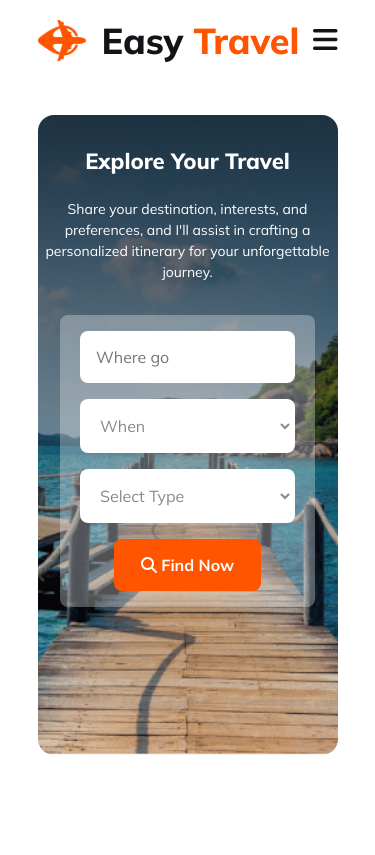
Repository: ShouravAhammed/Assignment-2
Page: index.html
These files come from the project's save history. The page is drawn as it stood at one moment and after the next save; the edit follows.
The browser window is 375 px wide. The pictures show the whole page.
Some web libraries are served in a nearby version.

Above is the page before, as saved 2024-01-16 04:11:52.

### index.html
<!DOCTYPE html>
<html lang="en">
<head>
    <meta charset="UTF-8">
    <meta name="viewport" content="width=device-width, initial-scale=1.0">
    <!-- website title -->
    <title>Easy Travel</title>
    <!-- linked font awesome -->
    <script src="https://kit.fontawesome.com/0d98d502eb.js" crossorigin="anonymous"></script>
    <!-- linked favicon -->
    <link rel="shortcut icon" href="Images/Group 40071 (2).png" type="image/x-icon">
    <!-- linked css -->
    <link rel="stylesheet" href="styles/style.css">
</head>
<body>
    <!-- header part start -->
    <header id="header">
        <div class="container">
            <nav class="navigation">
                    <a class="website-name" href="">
                        <img src="Images/Group 40071 (2).png" alt="">
                        <h3 class="web-text">Easy <span class="web-text-color">Travel</span></h3>
                    </a>
                    <input type="checkbox" id="check">
                    <label for="check" class="checkbtn"><i class="fa-solid fa-bars"></i></label>
                    <ul class="nav">
                        <li><a class="active" href="">Home</a></li>
                        <li><a href="">Packages</a></li>
                        <li><a href="">Testimonial</a></li>
                        <li><a href="">Blog</a></li>
                        <li><a href="">Contact</a></li>
                    </ul>
                </nav>

                <section id="banner">
                    <div class="banner-container">
                        <div class="banner-text">
                            <h2 class="banner-title">Explore Your Travel</h2>
                        <p class="banner-description">Share your destination, interests, and preferences, and I'll assist in crafting a personalized itinerary for your unforgettable journey.</p>
                        </div>
                        <form class="banner-form" action="">
                            <input type="text" placeholder="Where go">
                            <select name="" id="">
                                <option value="">When</option>
                                <option value="">Maldives</option>
                                <option value="">Nepal</option>
                                <option value="">Singapur</option>
                                <option value="">Thailand</option>
                            </select>
                            <select name="" id="">
                                <option value="">Select Type</option>
                                <option value="">Maldives</option>
                                <option value="">Nepal</option>
                                <option value="">Singapur</option>
                                <option value="">Thailand</option>
                            </select>
                            <button class="primary-btn"><i class="fa-solid fa-magnifying-glass"></i> Find Now</button>
                        </form>
                    </div>
                </section>
        </div>
    </header>
    <!-- header part end -->
    <!-- main part start -->
    <main>
        <section id="tour">
            <div class="container">
                <div class="tour-container">

                </div>
            </div>
        </section>
    </main>
    <!-- main part end -->
    <!-- footer part start -->
    <footer>

    </footer>
    <!-- footer part end -->
</body>
</html>

### styles/style.css
/* Import Fonts From Google Fonts */
@import url('https://fonts.googleapis.com/css2?family=Mulish:ital,wght@0,200;0,300;0,400;0,500;0,600;0,700;0,800;0,900;0,1000;1,200;1,300;1,400;1,500;1,600;1,700;1,800;1,900;1,1000&display=swap');@import url('https://fonts.googleapis.com/css2?family=Mulish:ital,wght@0,200;0,300;0,400;0,500;0,600;0,700;0,800;0,900;0,1000;1,200;1,300;1,400;1,500;1,600;1,700;1,800;1,900;1,1000&display=swap');

/* color clearance */
:root{
    --primary-color: #FF5400;
    --secondary-color: #131318;
    --third-color: #fff;
}

/* all default size off */
*{
    margin: 0;
    padding: 0;
    outline: 0;
    box-sizing: border-box;
}
/* container display measuring size*/
.container{
    width: 80%;
    margin: 0 auto;
}

/* navigation css style */
.navigation{
    display: flex;
    align-items: center;
    justify-content: space-between;
    margin: 52px 0;
}
.website-name{
    display: flex;
    align-items: center;
    gap: 16px;
    text-decoration: none;
}
.website-name img{
    width: 48px;
}
.website-name .web-text{
    color: var(--secondary-color);
    font-family: Mulish;
    font-size: 2.25rem;
    font-weight: 800;
}
.website-name .web-text-color{
    color: var(--primary-color);
}


.checkbtn{
    font-size: 1.75rem;
    color: #131318;
    display: none;
}
#check{
    display: none;
}



.navigation > .nav{
    display: flex;
    align-items: center;
    gap: 44px;
}
.nav > li{
    list-style: none;
}
.nav > li a{
    color: #424247;
    font-family: Mulish;
    font-size: 1.125rem;;
    font-weight: 400;
    text-decoration: none;
    transition: all ease 0.3s;
}
.nav > li a.active, .nav > li a:hover{
    color: var(--primary-color);
}

#banner{
    background-image: linear-gradient(180deg, rgba(19, 19, 24, 0.80) 0%, rgba(19, 19, 24, 0.00) 100%), url(../Images/Group13.png);
    background-position: center;
    background-size: cover;
    background-repeat: no-repeat;
    height: 80vh;
    border-radius: 16px;
}
.banner-text{
    padding-top: 106px;
    width: 676px;
    margin: 0 auto 48px auto;
    text-align: center;
}
.banner-text .banner-title{
    color: #FFF;
    font-family: Mulish;
    font-size: 4rem;
    font-weight: 800;
}
.banner-text .banner-description{
    color: #FFF;
    font-family: Mulish;
    font-size: 1rem;
    font-weight: 400;
    line-height: 26px;
    margin-top: 24px;
}
.banner-form{
    border-radius: 8px;
    background: rgba(255, 255, 255, 0.30);
    width: 816px;
    padding: 16px 0px;
    margin: 0 auto;
    text-align: center;
    display: flex;
    align-items: center;
    justify-content: space-evenly;
}
.banner-form input, .banner-form select{
    color: rgba(19, 19, 24, 0.50);
    border-radius: 8px;
    background: #FFF;
    font-family: Mulish;
    font-size: 1rem;
    font-weight: 400;
    padding: 14px;
    border: 2px solid transparent;
    transition: all ease 0.5s;
    width: 200px;
}
.banner-form input:hover{
    border: 2px solid var(--primary-color);
}
.banner-form select:hover{
    border: 2px solid var(--primary-color);
}
.primary-btn{
    color: #FFF;
    font-family: Mulish;
    font-size: 16px;
    font-weight: 700;
    border-radius: 8px;
    background: #FF5400;
    border: none;
    padding: 14px 25px;
    border:  2px solid transparent;
    transition: all ease 0.5s;
}
.primary-btn:hover{
    border: 2px solid var(--primary-color);
    background: #fff;
    color: var(--primary-color);
}



/* tour section css style */
#tour{
    margin: 100px 0;
}













@media only screen and (max-width: 576px){
    /* navigation part css style */
    .navigation{
        margin-top: 18px;
    }
    .checkbtn{
        display: block;
    }
    .navigation > .nav{
        flex-direction: column;
        gap: 20px;
        padding-top: 30px;
        position: fixed;
        width: 100%;
        height: 50vh;
        background: #fff;
        top: 80px;
        left: -100%;
        text-align: center;
        transition: all ease 0.3s;
    }
    #check{
        display: none;
    }
    #check:checked ~ ul{
        left: 0;
    }

    /* banner section css style */
    .banner-text {
        padding-top: 32px;
        width: 100%;
        margin-bottom: 32px;
    }
    .banner-text .banner-title{
        font-size: 1.375rem;
    }
    .banner-text .banner-description{
        font-size: 0.875rem;
        line-height: 21px;
    }
    .banner-form input, .banner-form select{
        width: 100%;
    }
    .banner-form {
        width: 85%;
        padding: 16px 20px;
        flex-direction: column;
        gap: 16px;
    }
}

After the next save:
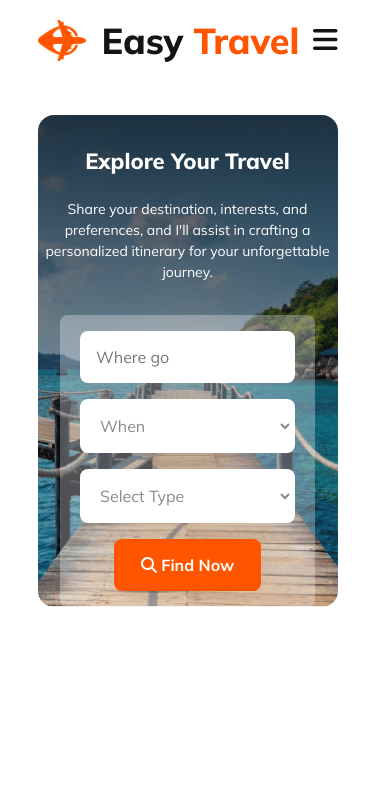
Saved 2 min 14 s later.
--- a/styles/style.css
+++ b/styles/style.css
@@ -202,6 +202,9 @@
     }
 
     /* banner section css style */
+    #banner{
+        height: 100%;
+    }
     .banner-text {
         padding-top: 32px;
         width: 100%;

After the 3 saves that followed:
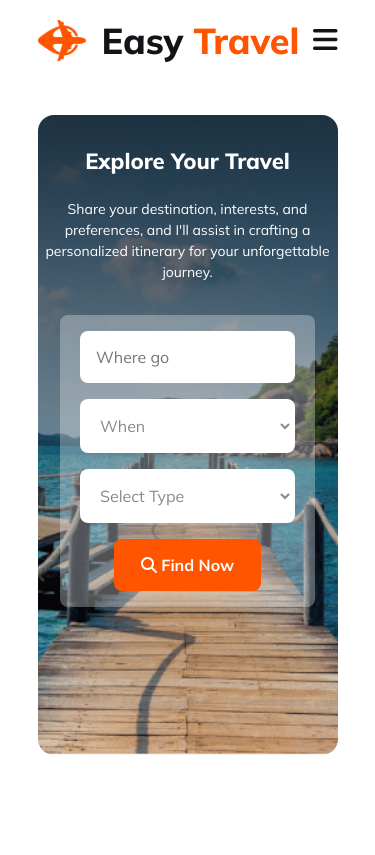
The 3 saves are shown as one change because 2 left the picture as it was.
The last was saved 6 min 21 s later.
--- a/styles/style.css
+++ b/styles/style.css
@@ -202,9 +202,6 @@
     }
 
     /* banner section css style */
-    #banner{
-        height: 100%;
-    }
     .banner-text {
         padding-top: 32px;
         width: 100%;
